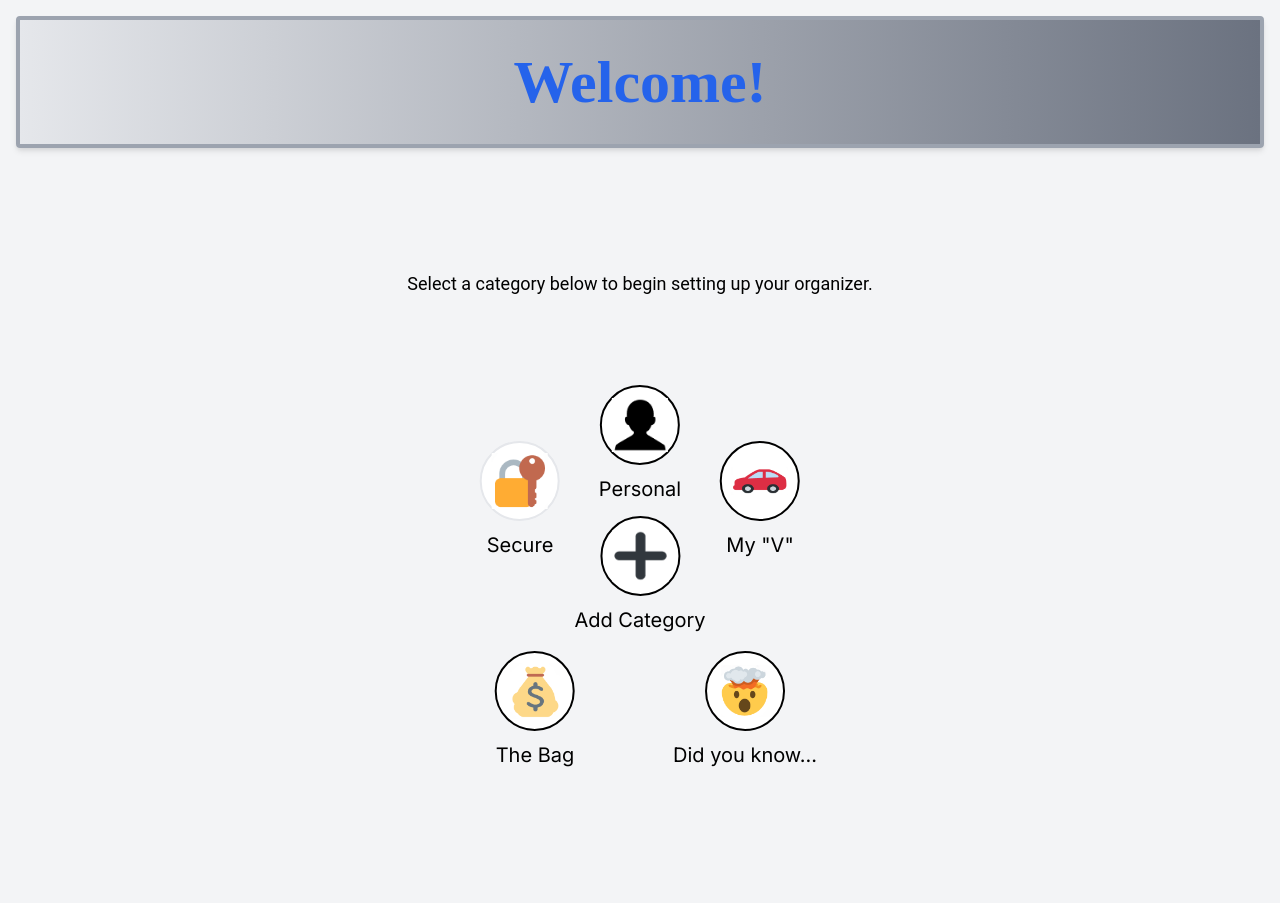
Repository: MercyB19/Russaw_Mercy_Adulting-101_Capstone
Page: page2.html
An editor plug-in stored every save of this project. The page is shown before and after the next save, followed by the edit.
The browser window is 1280 px wide. The pictures show the whole page.
Some web fonts or font styles are not loaded; a fallback is used.

Above is the page before, as saved 2024-07-23 12:40:01.

After the next save:
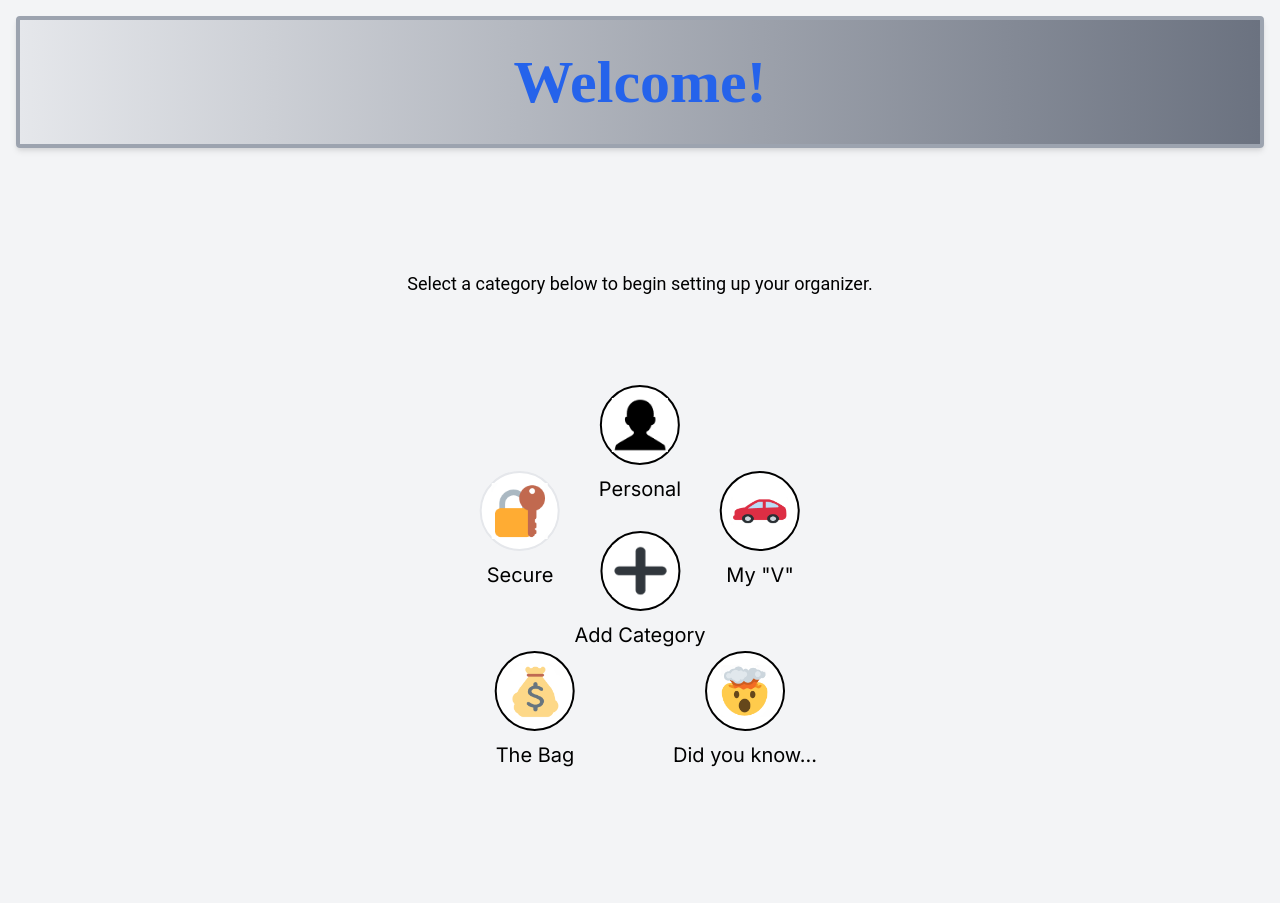
Saved 3 min 10 s later.
--- a/page2.html
+++ b/page2.html
@@ -29,19 +29,19 @@
     }
 
     .secure {
-      top: 40%;
+      top: 50%;
       left: 10%;
       transform: translate(-50%, -50%);
     }
 
     .add-category {
-      top: 65%;
+      top: 70%;
       left: 50%;
       transform: translate(-50%, -50%);
     }
 
     .my-v {
-      top: 40%;
+      top: 50%;
       right: 10%;
       transform: translate(50%, -50%);
     }
